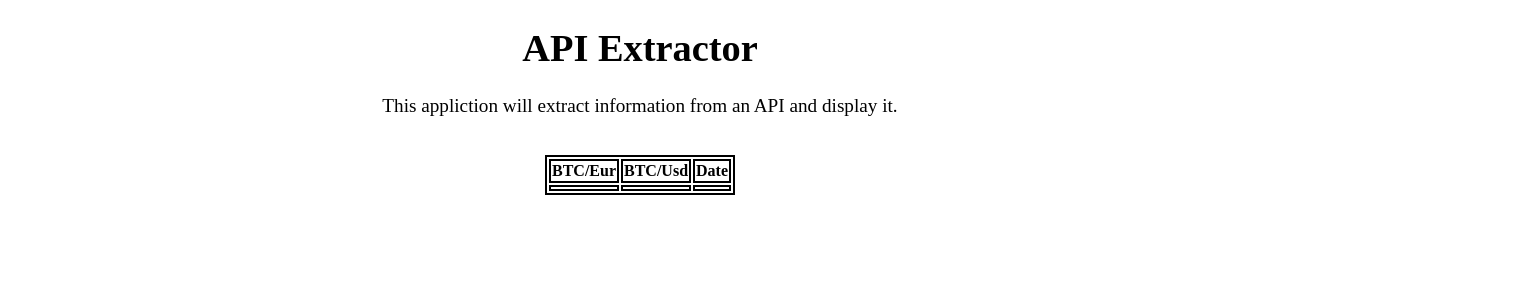
Repository: vxyux/api-extraction
Page: index.html
The author's editor kept a copy of each file at every save. The page is drawn from the files as they stood at one save, then again after a run of saves.
The browser window is 1280 px wide. The page is 1280 px wide, then 1538 px, so the pictures cover 1538 px, including what lies to the right of the window. The pictures show the whole page.
The page's requests for data from a server got no answer.

Above is the page before, as saved 2023-09-05 10:37:35.

After the next 3 saves:
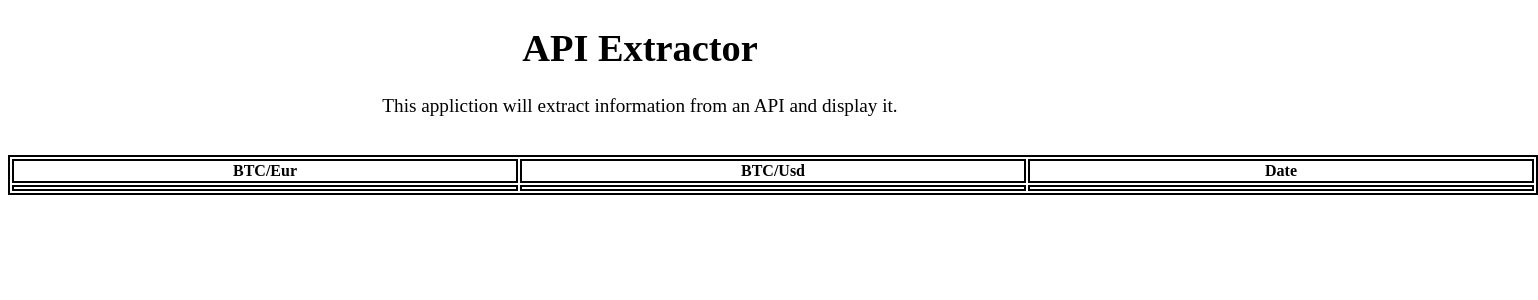
The 3 saves are shown as one change because they came seconds apart.
The last was saved 27 s later.
--- a/stylesheet.css
+++ b/stylesheet.css
@@ -9,4 +9,5 @@ table, th, td
   border-width: 2px;
   margin-left: auto;
   margin-right: auto;
+  min-width: 500px;
 }
